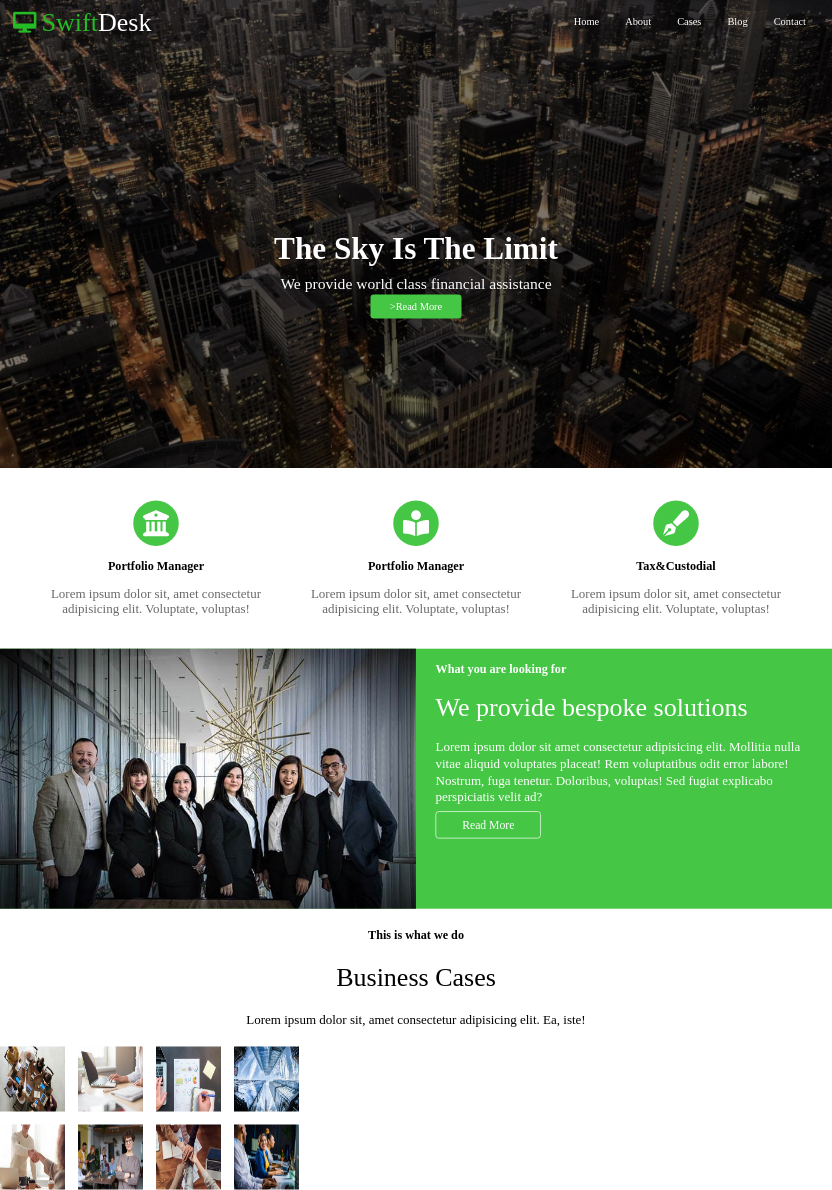
Repository: reemoon-ctrl/swiftdisk-Website-Flexbox
Page: index.html
An editor plug-in stored every save of this project. The page is shown before and after a run of saves, followed by the edit.
The browser window is 1280 px wide. The pictures show the whole page, at 65% of full size.

Above is the page before, as saved 2024-07-27 09:36:01.

After the next 2 saves:
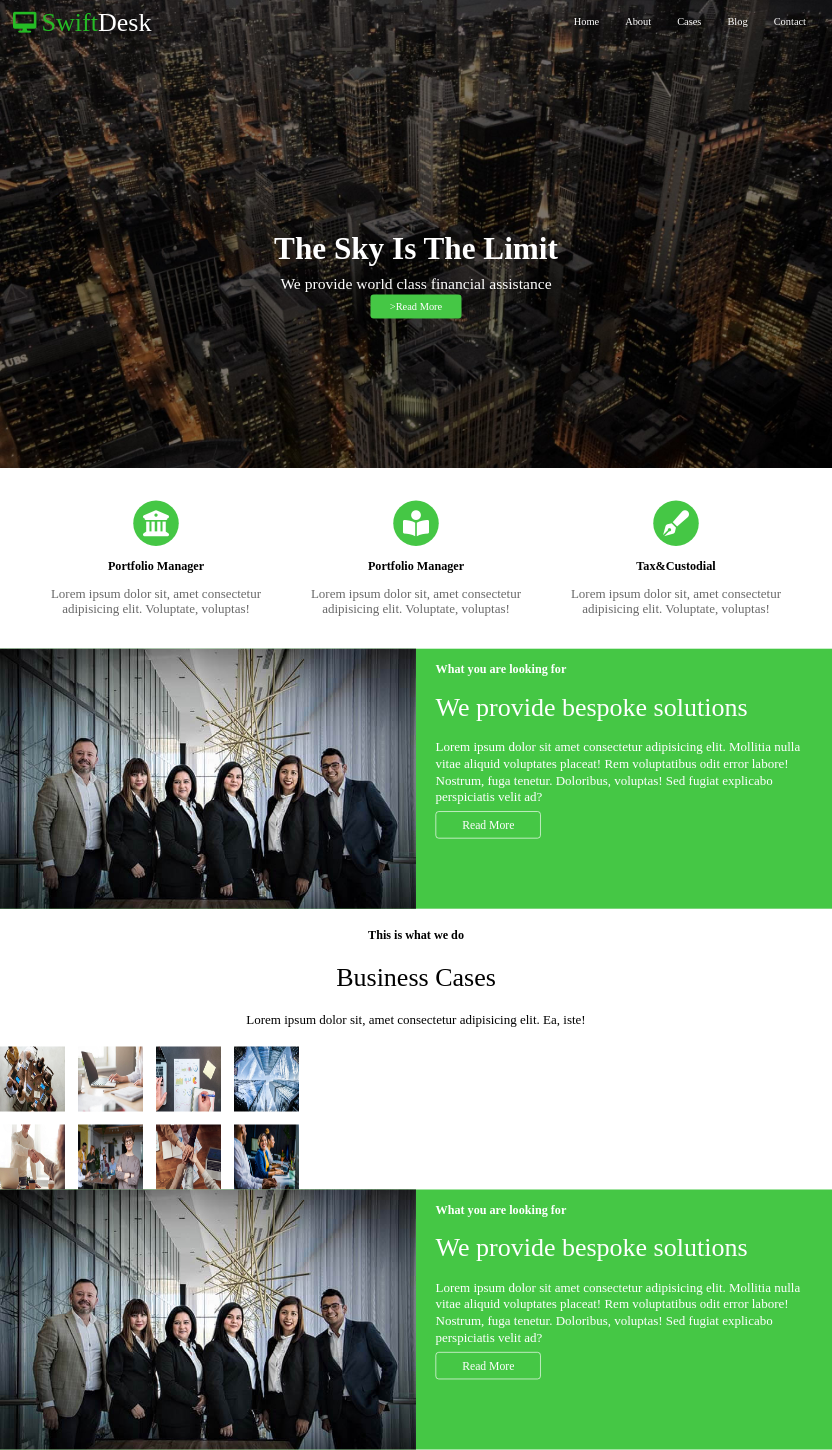
The 2 saves are shown as one change because they came seconds apart.
The last was saved 8 min 33 s later.
--- a/index.html
+++ b/index.html
@@ -83,6 +83,20 @@
             </div>
         </div>
 
+        <div>
+            <div class="solutions">
+                <div class="img"></div>
+                <div class="solution-content">
+                    <h3>What you are looking for</h3>
+                    <h2>We provide bespoke solutions</h2>
+                    <p>Lorem ipsum dolor sit amet consectetur
+                        adipisicing elit. Mollitia nulla vitae aliquid voluptates placeat! Rem voluptatibus odit error labore! Nostrum, fuga tenetur. Doloribus, voluptas! Sed
+                        fugiat explicabo perspiciatis velit ad?</p>
+                    <a href="index.html">Read More</a>
+                 </div>
+            </div>
+        </div>
+
     </main>
 
 
